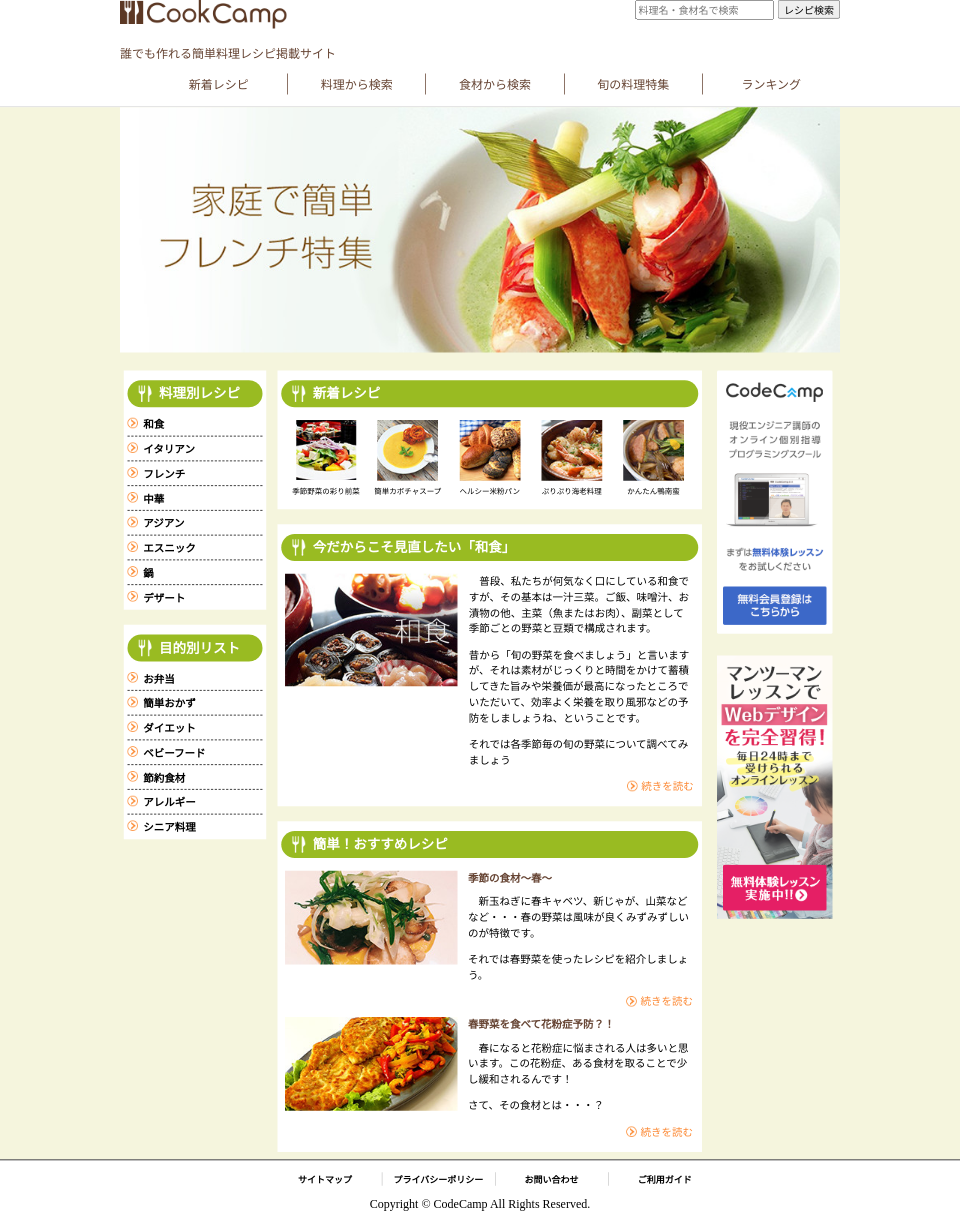
Repository: tomimaler/dc_work_tamachi_inagaki_html
Page: cookcamp/cookcamp.html
The author's editor kept a record of every edit. The page is drawn from the files as they stood at one moment, then again after the next edit.
The browser window is 1280 px wide. The pictures show the whole page, at 75% of full size.

Above is the page before.

### cookcamp/cookcamp.html
<!DOCTYPE html>
<html lang="ja">
 <head>
  <meta charset="UTF-8">
  <title>CookCamp</title>
  <link rel="stylesheet" href="cookcamp.css">

 <body>
  <header>
    <div class="container">
        <img class="logo" src="images/structure/logo.png">
        <input type="submit" value="レシピ検索">
        <input id="search" type="text" name="search" placeholder="料理名・食材名で検索">
        <p>誰でも作れる簡単料理レシピ掲載サイト</p>
        <ul class="header-menu">
            <a href="#"><li class="menu1">新着レシピ</li></a>
            <a href="#"><li>料理から検索</li></a>
            <a href="#"><li>食材から検索</li></a>
            <a href="#"><li>旬の料理特集</li></a>
            <a href="#"><li>ランキング</li></a>
        </ul>
    </div>
 </header>
 <main>
    <div class="container clearfix">
        <img class="mainView" src="images/contents/mainView.jpg">
        <nav class="left-column">
            <div class="recipe-nav">
                <h3><img src="images/icon/dish.png">料理別レシピ</h3>
                <ul class="recipe-list">
                    <a href="#"><li>和食</li></a>
                    <a href="#"><li>イタリアン</li></a>
                    <a href="#"><li>フレンチ</li></a>
                    <a href="#"><li>中華</li></a>
                    <a href="#"><li>アジアン</li></a>
                    <a href="#"><li>エスニック</li></a>
                    <a href="#"><li>鍋</li></a>
                    <a href="#"><li>デザート</li></a>
                </ul>
            </div>
            <div class="recipe-nav">
                <h3><img src="images/icon/dish.png">目的別リスト</h3>
                <ul class="recipe-list">
                    <a href="#"><li>お弁当</li></a>
                    <a href="#"><li>簡単おかず</li></a>
                    <a href="#"><li>ダイエット</li></a>
                    <a href="#"><li>ベビーフード</li></a>
                    <a href="#"><li>節約食材</li></a>
                    <a href="#"><li>アレルギー</li></a>
                    <a href="#"><li>シニア料理</li></a>
                </ul>
            </div>
        </nav>
        <div class="main-column">
            <div class="article">
                <h3><img src="images/icon/dish.png">新着レシピ</h3>
                <div class="section">
                    <div class="new-recipes">
                        <div class="new-recipe">
                            <img src="images/contents/newRecipes1.jpg" alt="季節野菜の彩り前菜">
                            <p>季節野菜の彩り前菜</p>
                        </div>
                        <div class="new-recipe">
                            <img src="images/contents/newRecipes2.jpg" alt="簡単カボチャスープ">
                            <p>簡単カボチャスープ</p>
                        </div>
                        <div class="new-recipe">
                            <img src="images/contents/newRecipes3.jpg" alt="ヘルシー米粉パン">
                            <p>ヘルシー米粉パン</p>
                        </div>
                        <div class="new-recipe">
                            <img src="images/contents/newRecipes4.jpg" alt="ぷりぷり海老料理">
                            <p>ぷりぷり海老料理</p>
                        </div>
                        <div class="new-recipe">
                            <img src="images/contents/newRecipes5.jpg" alt="かんたん鴨南蛮">
                            <p>かんたん鴨南蛮</p>
                        </div>
                    </div>
                </div>
            </div>
            <div class="article">
                <h3><img src="images/icon/dish.png">今だからこそ見直したい「和食」</h3>
                <div class="section">
                    <img class="section-img" src="images/contents/topics.jpg" alt="和食" align="left">
                    <div class="section-text main-text">
                        <p>　普段、私たちが何気なく口にしている和食ですが、その基本は一汁三菜。ご飯、味噌汁、お漬物の他、主菜（魚またはお肉）、副菜として季節ごとの野菜と豆類で構成されます。</p>
                        <p>昔から「旬の野菜を食べましょう」と言いますが、それは素材がじっくりと時間をかけて蓄積してきた旨みや栄養価が最高になったところでいただいて、効率よく栄養を取り風邪などの予防をしましょうね、ということです。</p>
                        <p>それでは各季節毎の旬の野菜について調べてみましょう</p>
                        <a href="#"><img src="images/icon/arrow.png" alt="arrow">続きを読む</a>
                    </div>
                </div>
            </div>
            <div class="article">
                <h3><img src="images/icon/dish.png">簡単！おすすめレシピ</h3>
                <div class="section">
                    <img class="section-img" src="images/contents/pushRecipes1.jpg" alt="春">
                    <div class="section-text">
                        <h4>季節の食材～春～</h4>
                        <p>　新玉ねぎに春キャベツ、新じゃが、山菜などなど・・・春の野菜は風味が良くみずみずしいのが特徴です。</p>
                        <p>それでは春野菜を使ったレシピを紹介しましょう。</p>
                        <a href="#"><img src="images/icon/arrow.png" alt="arrow">続きを読む</a>
                    </div>
                    <img class="section-img" src="images/contents/pushRecipes2.jpg" alt="花粉症">
                    <div class="section-text">
                        <h4>春野菜を食べて花粉症予防？！</h4>
                        <p>　春になると花粉症に悩まされる人は多いと思います。この花粉症、ある食材を取ることで少し緩和されるんです！</p>
                        <p>さて、その食材とは・・・？</p>
                        <a href="#"><img src="images/icon/arrow.png" alt="arrow">続きを読む</a>
                    </div>
                </div>
            </div>
        </div>
        <aside class="right-column">
            <a href="#"><img src="images/contents/right1.png"></a>
            <a href="#"><img src="images/contents/right2.png"></a>
        </aside>
    </div>
</main>
<footer>
    <div class="container">
        <ul class="footer-list">
            <a href="#"><li>サイトマップ</li></a>
            <a href="#"><li>プライバシーポリシー</li></a>
            <a href="#"><li>お問い合わせ</li></a>
            <a href="#"><li>ご利用ガイド</li></a>
        </ul>
        <p>Copyright &copy; CodeCamp All Rights Reserved.</p>
    </div>
</footer>
</body>
</html>

### cookcamp/cookcamp.css
body {
    margin:0;
    min-width:fit-content;
}

.container {
    width:960px;
    margin:0 auto;
}

main {
    background-color:#f5f5dd;
    font-family:"Yu Gothic";
    font-weight:500;
}

a {
    text-decoration:none;
}

header, footer {
    background-color:white;
}

header {
    border-bottom:1px solid #cccccc;
}

header logo {
    float:left;
}

header p{
    color:#664433;
    clear:both;
}

header input {
    float:right;
}

#search {
    height:20px;
    margin-right:5px;
}

.header-menu {
    display:flex;
    text-align:center;
    list-style:none;
}

.header-menu a+ a {
    border-left:1px solid;
}

.header-menu a {
    color:#664433;
    flex:1;
    padding:2px;
}

.mainView {
    width:100%;
}

.recipe-nav {
    margin:20px 5px 10px 5px;
    padding:1px 5px;
    background-color:white;
}

h3 {
    background-color:#99bb22;
    padding:5px;
    margin:12px 0;
    border-radius:25px;
    line-height:26px;
    font-size:18px;
    color:white;
    /*文字の上下の余白が均等じゃない*/
}

h3 img {
    margin-left:10px;
    margin-right:10px;
    vertical-align:-18%;
}

.recipe-list {
    list-style-image: url('images/icon/arrow.png');
    margin:0;
    font-size:12px;
    padding-left:0;
}

.recipe-list a {
    display:block;
    color:black;
    width:100%;
}

.recipe-list li {
    margin:6px 0;
    font-size:14px;
    font-weight:bold;
    list-style-position:inside;
}

.recipe-list a+ a {
    border-top:1px dashed;
}

.new-recipes {
    display:flex;
}

.new-recipe {
    flex:1;
    text-align:center;
}

.new-recipe img {
    padding-bottom:0;
}

.new-recipe p {
    font-size:10px;
    width:100%;
    margin-top:0;
    padding-top:0;
}

.section-img {
    display:inline-block;
}

.section-text {
    display:inline-block;
    vertical-align:top;
    margin-left:10px;
    font-size:14px;
    width:300px;
}

.main-text {
    margin-left:15px;
}

.section-text p {
    margin-top:0;
}

.section-text a{
    color:#fc8833;
    vertical-align:top;
    float:right;
    margin-bottom:10px;
}

.section-text img {
    margin-right:5px;
    vertical-align:-10%;
}

h4 {
    color:#664433;
    margin-top:0;
    margin-bottom:10px;
}

.article {
    margin:20px 10px 10px 10px;
    padding:1px 5px;
    background-color:white;
}

.section {
    padding:5px;
    line-height:1.5;
}

.right-column img {
    margin:20px 10px 5px 10px;
}

.left-column {
    width:200px;
    float:left;
}

.main-column {
    width:586px;
    float:left;
}

.right-column {
    width:155px;
    float:left;
}

.clearfix::after {
content: "";
display: block;
clear: both;
}

footer {
    clear:both;
    border-top:1px solid;
    text-align:center;
}

.footer-list {
    display:flex;
    text-align:center;
    list-style:none;
    justify-content:center;
  }

.footer-list a {
    flex-basis:150px;
    font-size:12px;
    color:black;
    font-weight:bold;
}

.footer-list a+ a {
    border-left:1px solid #cccccc;
}

After the next edit:
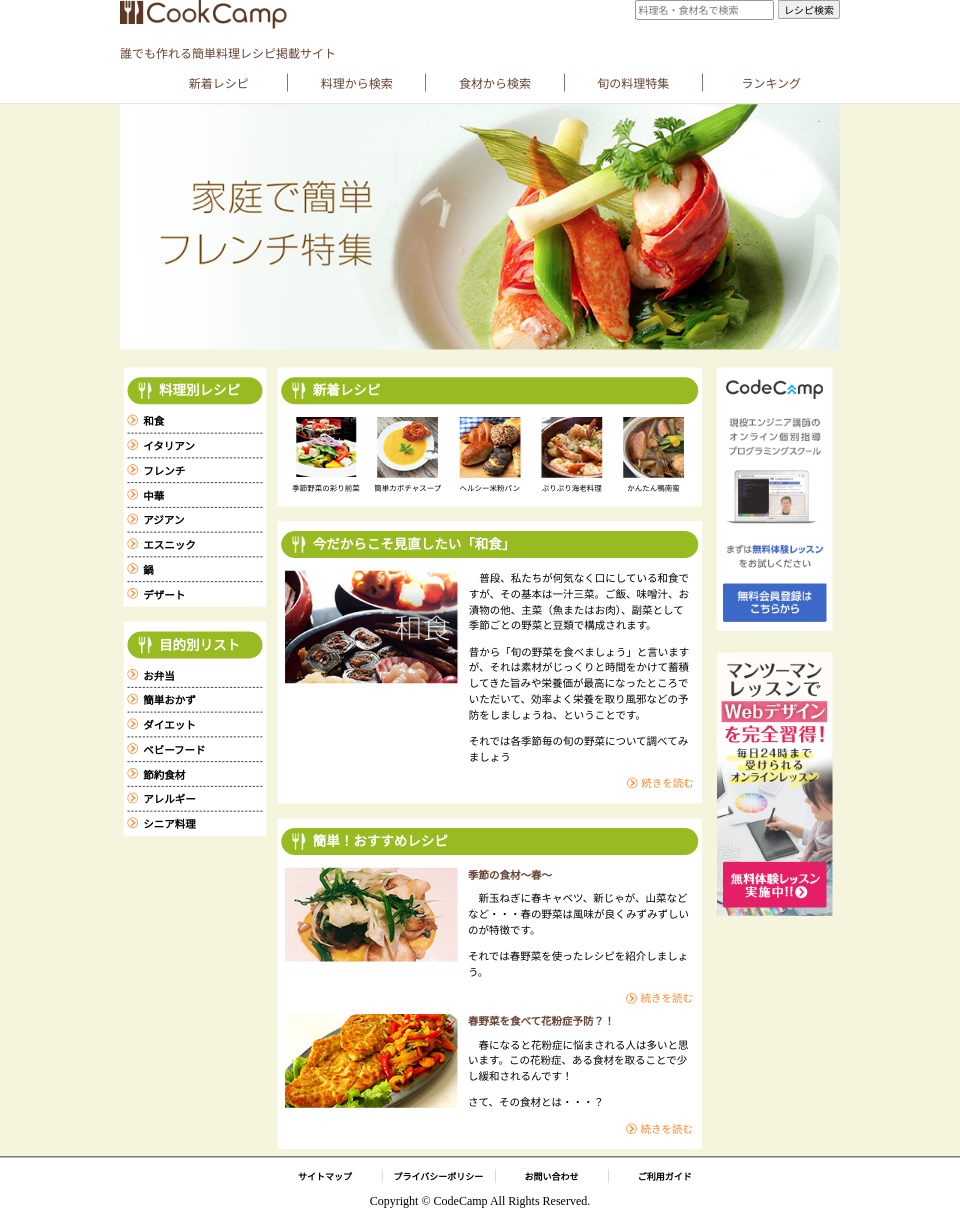
The edit:
--- a/cookcamp/cookcamp.css
+++ b/cookcamp/cookcamp.css
@@ -57,7 +57,7 @@
 .header-menu a {
     color:#664433;
     flex:1;
-    padding:2px;
+    padding:0 2px;
 }
 
 .mainView {
